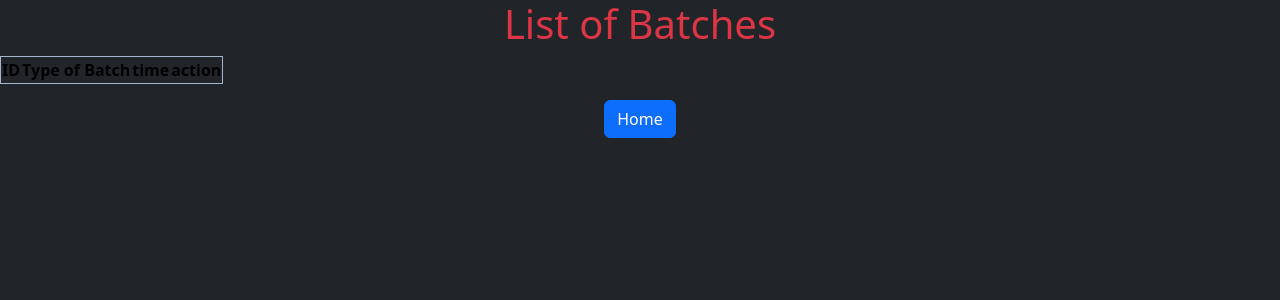
Repository: Jannis-Buschhaus/simplilearn-assessment-phase2
Page: http://localhost/FunfitWebapp/BatchController?target=viewBatch
An editor plug-in stored every save of this project. The page is shown before and after the next save, followed by the edit.
The browser window is 1280 px wide. The pictures show the whole page.
The page is served by Tomcat 9. Queries for data that is not in the repository find no rows.

Above is the page before, as saved 2024-05-30 14:33:22.

After the next save:
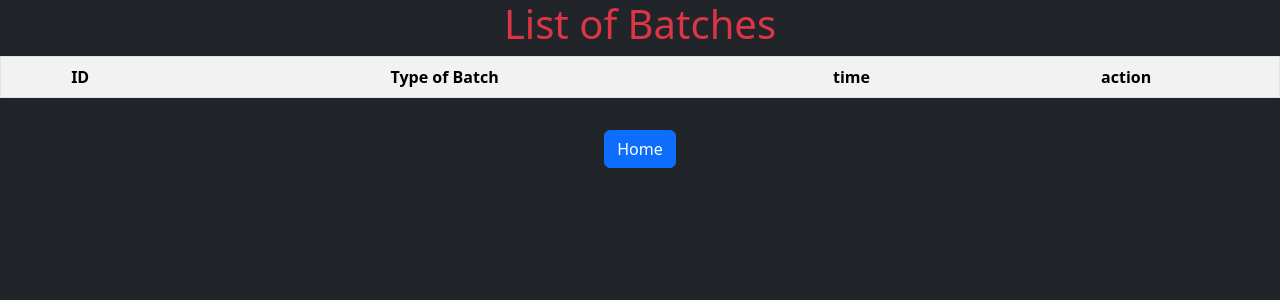
Saved 52 s later.
--- a/FunfitWebapp/src/main/webapp/viewBatch.jsp
+++ b/FunfitWebapp/src/main/webapp/viewBatch.jsp
@@ -35,7 +35,7 @@
 	</script>
 	<h1 class="text-danger text-center">List of Batches</h1>
 	<div class="text-center">
-		<table  class="table-primary" border="1">
+		<table  class="table table-striped" border="1">
 			<tr>
 				<th>ID</th><th>Type of Batch</th><th>time</th><th>action</th>
 			</tr>
